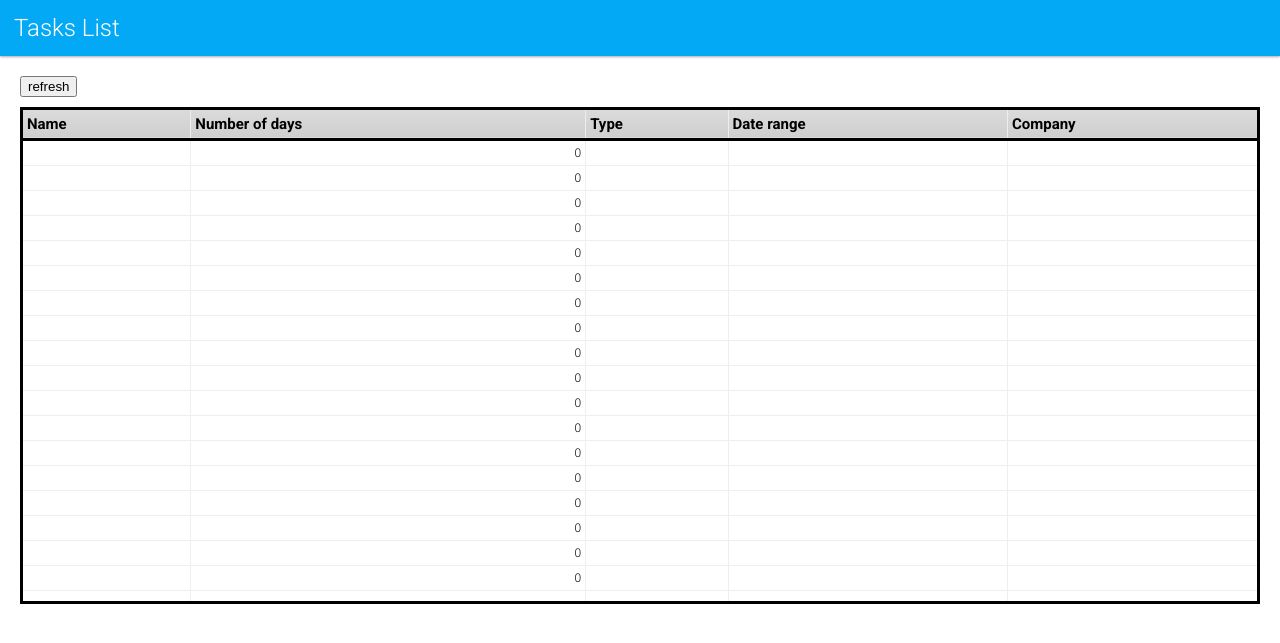
Repository: Megan74/Test-Vanilla-JS
Page: index.html
These files come from the project's save history. The page is drawn as it stood at one moment and after the next save; the edit follows.
The browser window is 1280 px wide. The pictures show the whole page.

Above is the page before, as saved 2022-06-26 22:48:26.

After the next save:
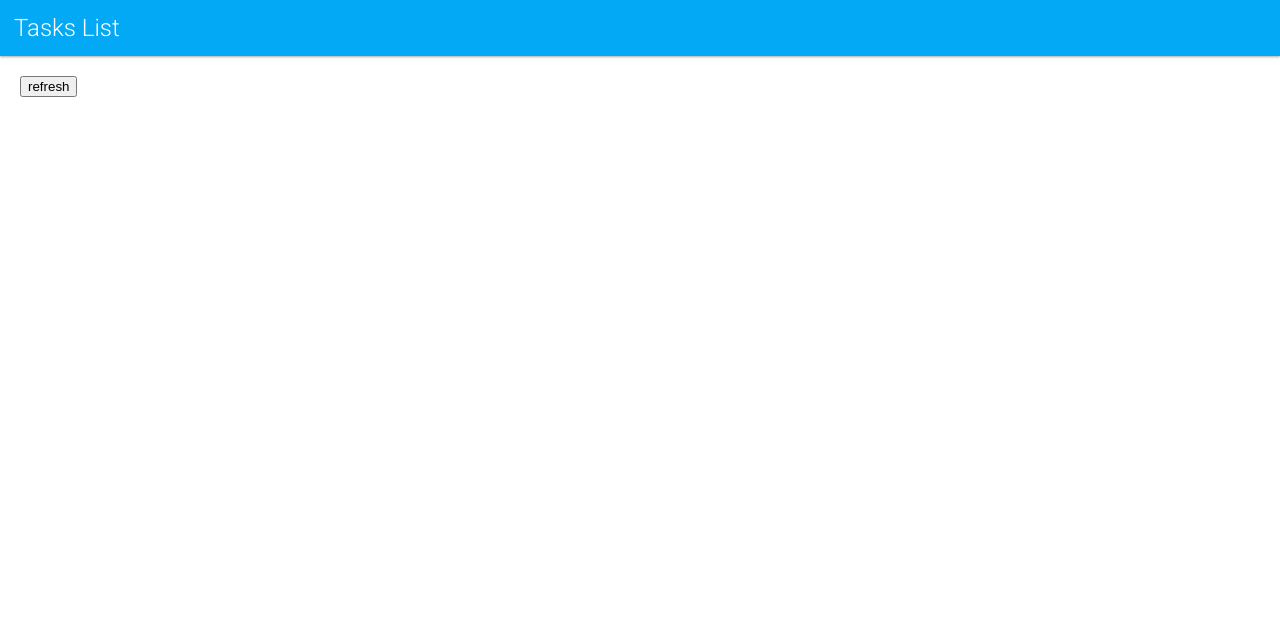
Console error: SyntaxError: Unexpected token 'export'
Saved 19 min 52 s later.
--- a/js/_components/tasks-table.component.js
+++ b/js/_components/tasks-table.component.js
@@ -163,3 +163,5 @@
     };
 
 })(window)
+
+export

After the save that followed:
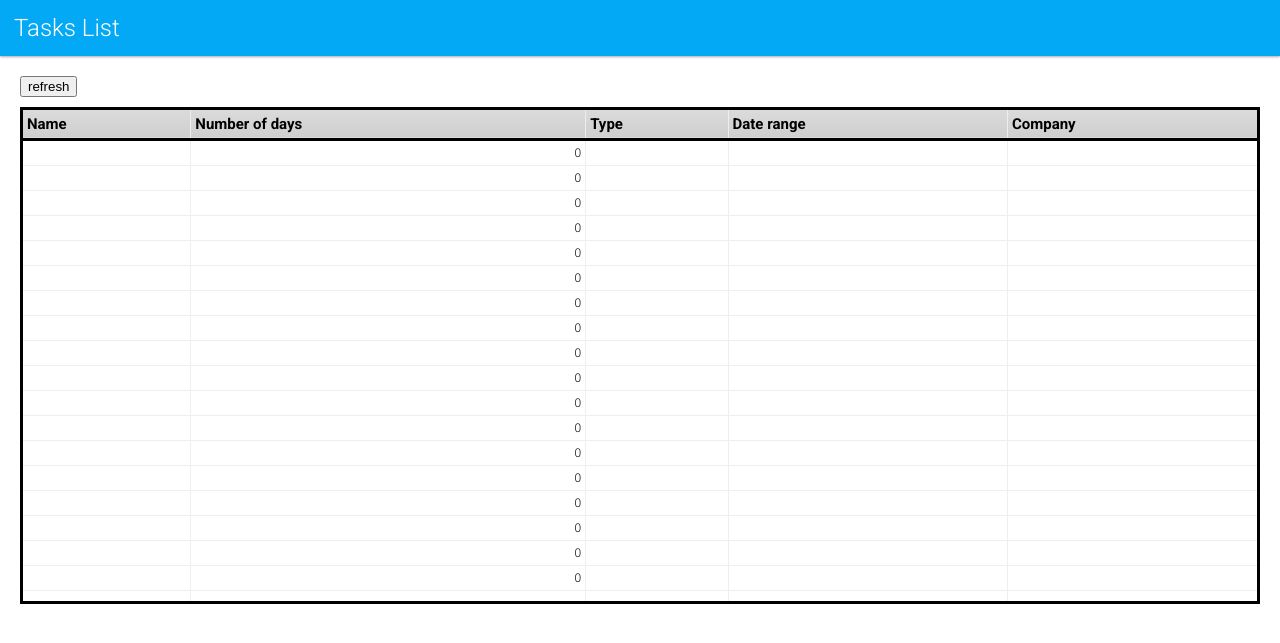
The error is gone.
Saved 82 s later.
--- a/js/_components/tasks-table.component.js
+++ b/js/_components/tasks-table.component.js
@@ -163,5 +163,3 @@
     };
 
 })(window)
-
-export
